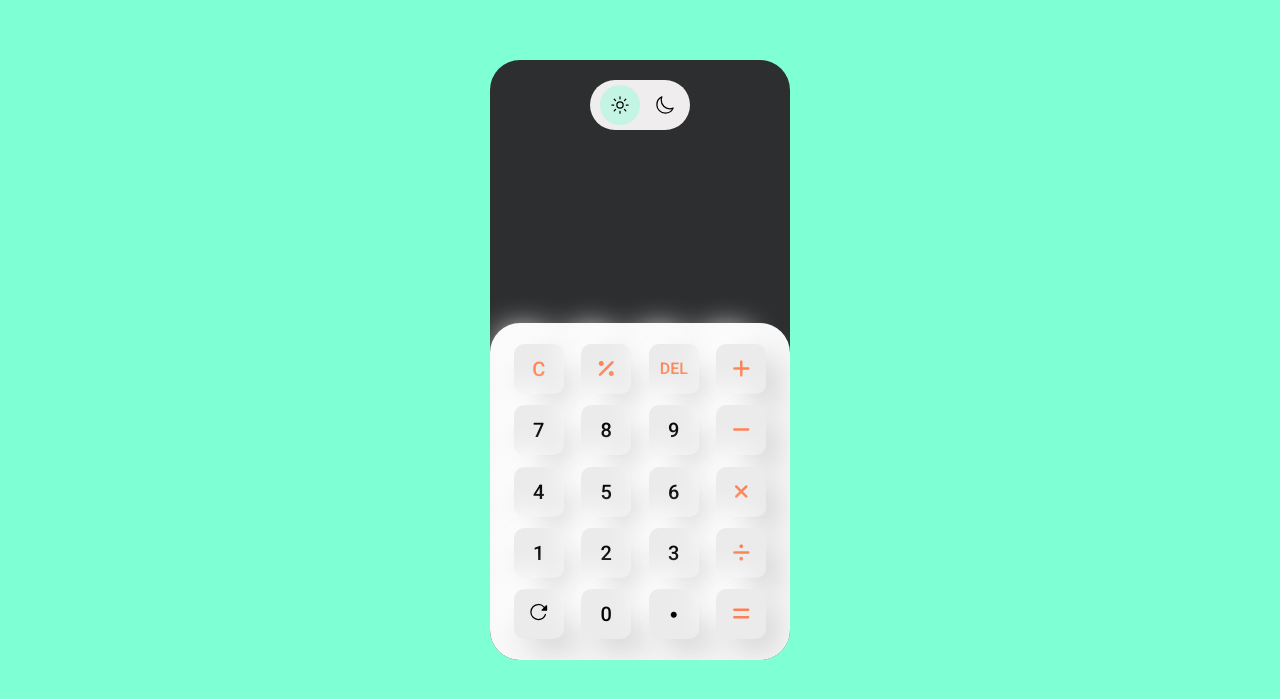
Repository: dinhtri123/caculator-app
Page: index.html
An editor plug-in stored every save of this project. The page is shown before and after a run of saves, followed by the edit.
The browser window is 1280 px wide. The pictures show the whole page.
After loading, the first visible `div.button-mode` was clicked once.

Above is the page before, as saved 2023-01-03 21:26:47.

### index.html
<!DOCTYPE html>
<html lang="en" data-theme="light">
  <head>
    <meta charset="UTF-8" />
    <meta http-equiv="X-UA-Compatible" content="IE=edge" />
    <meta name="viewport" content="width=device-width, initial-scale=1.0" />
    <title>Caculator App</title>
    <script
      type="module"
      src="https://unpkg.com/ionicons@5.5.2/dist/ionicons/ionicons.esm.js"
    ></script>
    <script
      nomodule
      src="https://unpkg.com/ionicons@5.5.2/dist/ionicons/ionicons.js"
    ></script>
    <link
      rel="stylesheet"
      href="https://cdnjs.cloudflare.com/ajax/libs/font-awesome/6.2.1/css/all.min.css"
      integrity="sha512-MV7K8+y+gLIBoVD59lQIYicR65iaqukzvf/nwasF0nqhPay5w/9lJmVM2hMDcnK1OnMGCdVK+iQrJ7lzPJQd1w=="
      crossorigin="anonymous"
      referrerpolicy="no-referrer"
    />
    <link rel="stylesheet" href="style.css" />
  </head>
  <body>
    <div class="wrapper">
      <div class="mode">
        <div class="button-mode light active-mode">
          <ion-icon name="sunny-outline" class="icon-mode"></ion-icon>
        </div>
        <div class="button-mode dark">
          <ion-icon name="moon-outline" class="icon-mode"></ion-icon>
        </div>
      </div>
      <div class="main">
        <div class="display">
          <div class="show"></div>
          <div class="result"></div>
        </div>
        <div class="caculator">
          <div>
            <button class="btn clear operator">C</button>
          </div>
          <div>
            <button value="%" class="btn operator">
              <i class="fa-solid fa-percent"></i>
            </button>
          </div>
          <div>
            <button class="btn delete operator">DEL</button>
          </div>
          <div>
            <button value="+" class="btn">
              <i class="fa-solid fa-plus operator"></i>
            </button>
          </div>
          <div>
            <button value="7" class="btn">7</button>
          </div>
          <div>
            <button value="8" class="btn">8</button>
          </div>
          <div>
            <button value="9" class="btn">9</button>
          </div>
          <div>
            <button value="-" class="btn operator">
              <i class="fa-solid fa-minus"></i>
            </button>
          </div>
          <div>
            <button value="4" class="btn">4</button>
          </div>
          <div>
            <button value="5" class="btn">5</button>
          </div>
          <div>
            <button value="6" class="btn">6</button>
          </div>
          <div>
            <button value="*" class="btn operator">
              <i class="fa-solid fa-xmark"></i>
            </button>
          </div>
          <div>
            <button value="1" class="btn">1</button>
          </div>
          <div>
            <button value="2" class="btn">2</button>
          </div>
          <div>
            <button value="3" class="btn">3</button>
          </div>
          <div>
            <button value="/" class="btn operator">
              <i class="fa-solid fa-divide"></i>
            </button>
          </div>
          <div>
            <button class="undo">
              <ion-icon name="reload-outline"></ion-icon>
            </button>
          </div>
          <div>
            <button value="0" class="btn">0</button>
          </div>
          <div>
            <button class="btn dot" value=".">
              <i class="fa-solid fa-circle"></i>
            </button>
          </div>
          <div>
            <button class="btn equal operator">
              <i class="fa-solid fa-equals"></i>
            </button>
          </div>
        </div>
      </div>
    </div>
  </body>
  <script src="index.js"></script>
</html>

### style.css
@import url("https://fonts.googleapis.com/css2?family=Roboto:wght@100;300;400;500;700&display=swap");
* {
  margin: 0;
  padding: 0;
  box-sizing: border-box;
  font-family: "Roboto", sans-serif;
}
body {
  width: 100%;
  min-height: 100vh;
  height: 100%;
  background-color: aquamarine;
  font-size: 16px;
  line-height: 1.5;
  font-weight: 400;
  display: flex;
  justify-content: center;
  align-items: center;
}

.wrapper {
  max-width: 300px;
  width: 100%;
  height: 600px;
  background: white;
  border-radius: 30px;
  position: relative;
  overflow: hidden;
}
.mode-light {
  background-color: #2d2e2f;
}
.mode-dark {
  background-color: white;
}
.mode {
  position: absolute;
  top: 20px;
  left: 50%;
  transform: translateX(-50%);
  width: 100px;
  height: 50px;
  background-color: rgb(239, 237, 237);
  border-radius: 30px;
  padding: 0px 10px;
  display: flex;
  justify-content: space-around;
  align-items: center;
  gap: 5px;
}
.light,
.dark {
  display: flex;
  justify-content: center;
  align-items: center;
  padding: 10px;
  border-radius: 50%;
}
.active-mode {
  background-color: rgba(127, 255, 212, 0.388);
}
.icon-mode {
  font-size: 20px;
  cursor: pointer;
}
.main {
  width: 100%;
  height: 100%;
  display: flex;
  flex-direction: column;
  gap: 40px;
}
.display {
  width: 100%;
  height: 40%;
  display: flex;
  flex-direction: column;
  justify-content: end;
  align-items: flex-end;
  padding: 0px 40px;
}
.show {
  font-size: 20px;
  font-weight: 600;
}
.result {
  font-size: 40px;
  font-weight: 700;
}
.caculator {
  width: 100%;
  height: 60%;
  padding: 15px;
  border-top-left-radius: 30px;
  border-top-right-radius: 30px;
  background-color: rgb(248, 248, 248);
  display: grid;
  grid-template-columns: repeat(4, 1fr);
  justify-content: center;
  align-items: center;
}
.caculator > div {
  display: flex;
  justify-content: center;
  align-items: center;
}
button {
  width: 50px;
  height: 50px;
  border-radius: 10px;
  outline: none;
  border: none;
  background: #ebebeb;
  box-shadow: 15px 15px 30px #d8d8d8, -15px -15px 30px #fefefe;
  font-size: 20px;
  cursor: pointer;
  font-weight: 500;
}
.dot {
  font-size: 6px;
}
.delete {
  font-size: 16px;
}
.operator {
  color: coral;
}

### index.js
// mode
const btnMode = document.querySelectorAll(".button-mode");
const main = document.querySelector('.main')
for (let i = 0; i < btnMode.length; i++) {
  btnMode[i].addEventListener("click", function () {
    for (let j = 0; j < btnMode.length; j++) {
      btnMode[j].className = btnMode[j].className.replace(" active-mode", "");
    }
    let elm = document.querySelector('.wrapper');
    if(btnMode[0].className !== ' active-mode'){
        elm.classList.add('mode-light');
    }else{
        elm.classList.add('mode-dark');
    }
    this.className += " active-mode";
  });
}
// caculator
const btn = document.querySelectorAll(".btn");
const result = document.querySelector(".result");
const show = document.querySelector(".show");
const equal = document.querySelector(".equal");
const resetField = document.querySelector(".clear");
const clearOneNumber = document.querySelector(".delete");
const undo = document.querySelector(".undo");


for (let i = 0; i < btn.length; i++) {
  btn[i].addEventListener("click", function () {
    show.textContent += this.value;
  });
}

equal.addEventListener("click", function () {
  const res = show.textContent;
  const output = eval(res);
  result.textContent = output;
  localStorage.setItem("undo", (show.textContent += this.value));
});

clearOneNumber.addEventListener("click", function () {
  let res = show.textContent;
  show.textContent = res.slice(0, -1);
});

resetField.addEventListener("click", function () {
  show.textContent = "";
  result.textContent = "";
});

undo.addEventListener("click", function () {
  let values = localStorage.getItem("undo");
  show.textContent = values;
});

After the next 4 saves:
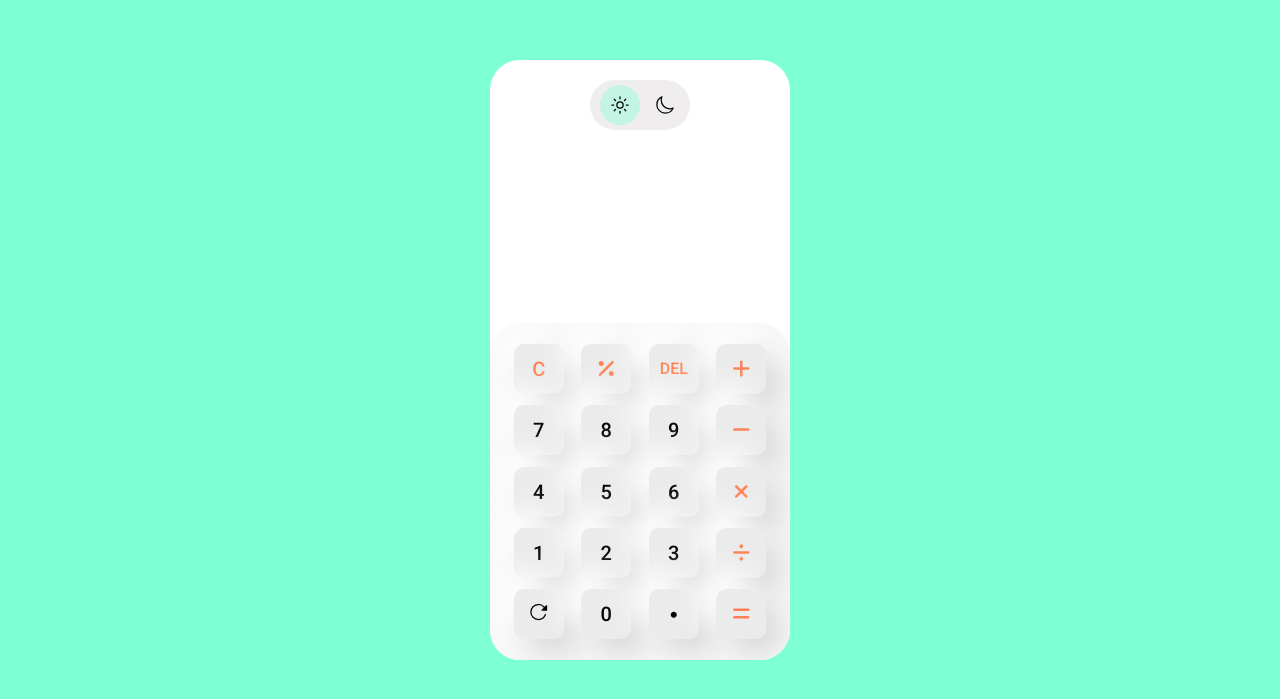
The 4 saves are shown as one change because they came seconds apart.
The last was saved 23 s later.
--- a/index.js
+++ b/index.js
@@ -1,16 +1,17 @@
 // mode
 const btnMode = document.querySelectorAll(".button-mode");
-const main = document.querySelector('.main')
+const main = document.querySelector(".main");
 for (let i = 0; i < btnMode.length; i++) {
   btnMode[i].addEventListener("click", function () {
     for (let j = 0; j < btnMode.length; j++) {
       btnMode[j].className = btnMode[j].className.replace(" active-mode", "");
     }
-    let elm = document.querySelector('.wrapper');
-    if(btnMode[0].className !== ' active-mode'){
-        elm.classList.add('mode-light');
-    }else{
-        elm.classList.add('mode-dark');
+    let elm = document.querySelector(".wrapper");
+    if (btnMode[0].className !== " active-mode") {
+      elm.classList.add("mode-light");
+    }
+    if (btnMode[1].className !== " active-mode") {
+      elm.classList.add("mode-dark");
     }
     this.className += " active-mode";
   });
@@ -23,7 +24,6 @@ const equal = document.querySelector(".equal");
 const resetField = document.querySelector(".clear");
 const clearOneNumber = document.querySelector(".delete");
 const undo = document.querySelector(".undo");
-
 
 for (let i = 0; i < btn.length; i++) {
   btn[i].addEventListener("click", function () {
